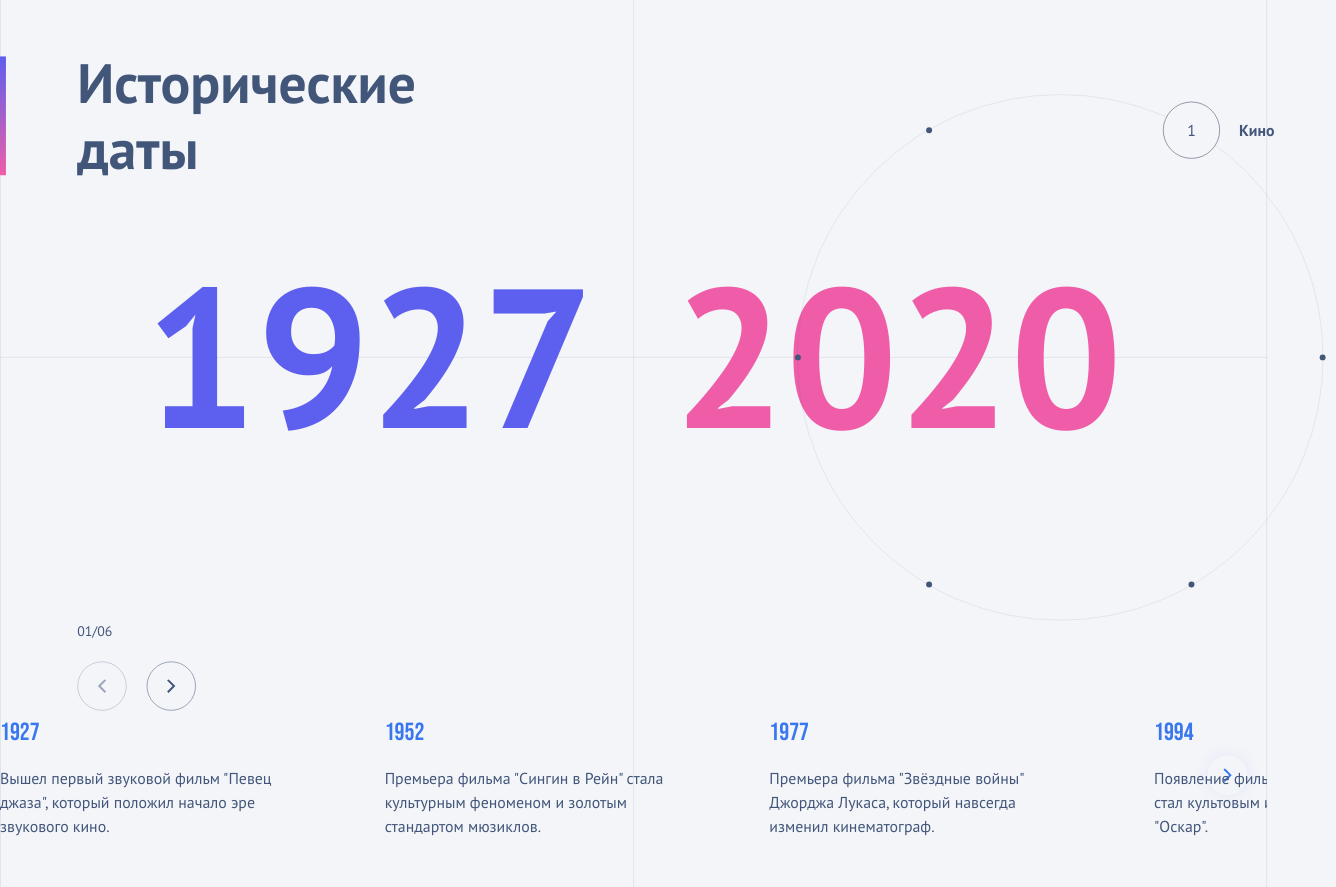
Repository: LenarTulupov/only
Page: /
The author's editor kept a copy of each file at every save. The page is drawn from the files as they stood at one save, then again after the next save.
The browser window is 1280 px wide. The page is 1349 px wide, then 1280 px, so the pictures cover 1349 px, including what lies to the right of the window. The pictures show the whole page, at 99% of full size.
The project was rebuilt for these pictures with package versions that can differ from the ones it lists, and the page was loaded fresh each time.

Above is the page before, as saved 2024-12-18 13:21:30.

### public/index.html
<!DOCTYPE html>
<html lang="en">
  <head>
    <meta charset="utf-8" />
    <link rel="icon" href="%PUBLIC_URL%/favicon.ico" />
    <meta name="viewport" content="width=device-width, initial-scale=1" />
    <meta name="theme-color" content="#000000" />
    <meta
      name="description"
      content="Web site created using create-react-app"
    />
    <link rel="apple-touch-icon" href="%PUBLIC_URL%/logo192.png" />
    <link rel="manifest" href="%PUBLIC_URL%/manifest.json" />
    <title>Only Test</title>
  </head>
  <body>
    <noscript>You need to enable JavaScript to run this app.</noscript>
    <div id="root"></div>
  </body>
</html>

### src/index.tsx
import React from 'react';
import ReactDOM from 'react-dom/client';
import Router from './router/router';
import './globals.scss'

const root = ReactDOM.createRoot(
  document.getElementById('root') as HTMLElement
);
root.render(
  <React.StrictMode>
    <Router />
  </React.StrictMode>
);

### src/router/router.tsx
import { BrowserRouter, Route, Routes } from "react-router-dom";
import HomePage from "../pages/home/page";
import PagesLayout from "../layouts/pages-layout";

export default function Router() {
  return (
    <BrowserRouter>
      <Routes>
        <Route element={<PagesLayout />}>
          <Route path="/" element={<HomePage />} />
        </Route>
      </Routes>
    </BrowserRouter>
  )
};

### src/globals.scss
@import url('https://fonts.googleapis.com/css2?family=Bebas+Neue&family=PT+Sans:wght@400;700&display=swap');

:root {
  --background-color: #F4F5F9;
  --main-color: #42567a;
  --main-color-rgba: rgba(66, 86, 122, 0.5);
  --accent-color: #5D5FEF;
  --light-accent-color: #3877EE;
  --accent-second: #EF5DA8;
  --font-main: "PT Sans", serif;
  --font-second: "Bebas Neue", serif;
  --line-height: 150%;
  --font-size-main: 56px;
  --font-size-small: 14px;
  --font-size-big: 200px;
}
body {
  margin: 0;
  padding: 0;
  background-color: var(--background-color);
  color: var(--black-color);
  font-family: var(--font-main);
  line-height: var(--line-height);
}
ul {
  padding: 0;
  margin: 0;
}

li {
  list-style-type: none;
}

a {
  color: var(--black-color);
  text-decoration: none;
}

h1 {
  margin: 0;
}

### src/pages/home/page.tsx
import Container from "../../components/ui/container/container";
import Divider from "../../components/ui/divider/divider";
import HistorySection from "./history/history";
import styles from './page.module.scss';

export default function HomePage() {
  return (
    <div className={styles['home-page']}>
      <Container>
        <div className={styles['home-page__wrapper']}>
          <Divider
            position="vertical"
            className={styles.divider_vertical}
          />
          <HistorySection />
        </div>
      </Container>
    </div>
  )
};

### src/layouts/pages-layout.tsx
import { Outlet } from 'react-router-dom';
import styles from './pages-layout.module.scss';

export default function PagesLayout() {
  return (
    <div className={styles['pages-layout']}>
      <Outlet />
    </div>
  )
};

### src/components/ui/container/container.tsx
import { ReactNode } from "react"
import styles from './container.module.scss';

interface IContainer {
  children: ReactNode;
}

export default function Container({ children }: IContainer) {
  return (
    <div className={styles.container}>
      {children}
    </div>
  )
};

### src/components/ui/divider/divider.tsx
import styles from './divider.module.scss';

interface IDivider {
  position?: 'horizontal' | 'vertical';
  className?: string;
}

export default function Divider({
  position = 'horizontal', className }: IDivider) {
  return <div className={`
    ${styles.divider}
    ${styles[`divider_${position}`]}
    ${className || ''}
  `}/>
};

### src/pages/home/history/history.tsx
import { useState } from 'react';
import Divider from '../../../components/ui/divider/divider';
import Title from '../../../components/ui/title/title';
import Circle from './circle/circle';
import Dates from './dates/dates';
import HistorySlider from './history-slider/history-slider';
import styles from './history.module.scss';
import StepNavigation from './step-navigation/step-navigation';
import { circleItems } from '../../../constants/circle-items';

export default function HistorySection() {
  const [activeButton, setActiveButton] = useState<number>(1);
  const activeCategory = circleItems.find((item) => item.id === activeButton);
  const firstDate = activeCategory?.events[0]?.year;
  const lastDate = activeCategory?.events.at(-1)?.year;

  return (
    <section className={styles.history}>
      <div className={styles.history__content}>
        <div className={styles['history__content-col-1']}>
          <Title className={styles.history__title} showBefore>
            Исторические даты
          </Title>
          <Circle
            className={styles.circle}
            activeButton={activeButton}
            setActiveButton={setActiveButton}
          />
        </div>
        <StepNavigation
          className={styles['step-navigation']}
          activeButton={activeButton}
          setActiveButton={setActiveButton}
        />
        <Divider
          position="horizontal"
          className={styles.divider_horizontal}
        />
        <Dates
          className={styles.dates}
          firstDate={firstDate}
          lastDate={lastDate}
        />
      </div>
      <HistorySlider
        activeCategory={activeCategory}
        className={styles['history-slider']}
      />
    </section>
  )
};

### src/pages/home/page.module.scss
.home-page {
  &__wrapper {
    position: relative;
    min-height: 100vh;
    .divider_vertical {
      position: absolute;
      top: 0;
      left: 50%;
      transform: translateX(-50%);
      z-index: -10;
    }
  }

  /* Линия слева */
  &__wrapper::before {
    content: "";
    position: absolute;
    top: 0;
    bottom: 0;
    left: 0;
    width: 1px;
    background-color: var(--main-color);
    opacity: 0.1;
  }

  /* Линия справа */
  &__wrapper::after {
    content: "";
    position: absolute;
    top: 0;
    bottom: 0;
    right: 0;
    width: 1px;
    background-color: var(--main-color);
    opacity: 0.1;
  }
  /* Линий по центру горизонтальная */

  /* Линий по центру вертикальная */
}

### src/components/ui/container/container.module.scss
.container {
  max-width: 1440px;
  margin: 0 auto;
}

### src/components/ui/divider/divider.module.scss
.divider {
  background-color: var(--main-color);
  opacity: 0.1;
  &_horizontal {
    width: 100%;
    height: 1px;
  }
  &_vertical {
    width: 1px;
    height: 100%;
  }
}

### src/components/ui/title/title.tsx
import { ReactNode } from 'react';
import styles from './title.module.scss';

interface ITitle {
  children: ReactNode;
  className?: string;
  color?: 'main' | 'blue' | 'light-blue' | 'pink';
  size?: 'main' | 'small'| 'big';
  showBefore?: boolean;
}

export default function Title({
  children,
  className,
  color = 'main',
  size = 'main',
  showBefore = false }: ITitle) {
  return (
    <h1
      className={`
        ${styles.title}
        ${className || ''}
        ${styles[`title__color-${color}`]}
        ${styles[`title__size-${size}`]}
        ${showBefore ? styles['title_before'] : ''}
      `}>
      {children}
    </h1>
  )
};

### src/pages/home/history/circle/circle.tsx
import { useEffect, useRef, Dispatch, SetStateAction } from 'react';
import { gsap } from 'gsap';
import { circleItems } from '../../../../constants/circle-items';
import styles from './circle.module.scss';
import Dates from '../dates/dates';

interface ICircle {
  className?: string;
  activeButton: number;
  setActiveButton: Dispatch<SetStateAction<number>>;
}

export default function Circle({
  className,
  activeButton,
  setActiveButton }: ICircle) {
  const circleRef = useRef<HTMLDivElement>(null);
  const buttonsRef = useRef<HTMLDivElement[]>([]);

  const handleActiveButton = (btnId: number) => {
    setActiveButton(btnId);
  };

  useEffect(() => {
    const rotationAngle = (1 - activeButton) * 60;
    gsap.to(circleRef.current, {
      rotate: rotationAngle,
      duration: 0.5,
      ease: 'power2.out',
    });

    buttonsRef.current.forEach((btn) => {
      let buttonRotation = 0;

      switch (activeButton) {
        case 2:
          buttonRotation = 60;
          break;
        case 3:
          buttonRotation = 120;
          break;
        case 4:
          buttonRotation = 180;
          break;
        case 5:
          buttonRotation = 240;
          break;
        case 6:
          buttonRotation = 300;
          break;
        default:
          buttonRotation = 0;
          break;
      }

      gsap.to(btn, {
        rotate: buttonRotation,
        duration: 0.5,
        ease: 'power2.out',
      });
    });
  }, [activeButton]);

  return (
    <div ref={circleRef} className={`${styles.circle} ${className || ''}`}>
      {circleItems.map((item, index) => {
        const btnId = index + 1;
        return (
          <div
            key={btnId}
            ref={(el) => (buttonsRef.current[index] = el!)}
            className={`
                ${styles[`circle__btn-${btnId}`]}
                ${styles.circle__btn}
                ${activeButton === btnId ? styles.active : ''}
              `}
            onClick={() => handleActiveButton(btnId)}
          >
            {btnId}
            <span
              className={`
                  ${styles['sub-title']}
                  ${activeButton === btnId ? styles.active : ''}
                `}
            >
              {item.category}
            </span>
          </div>
        );
      })}
    </div>
  );
}

### src/pages/home/history/dates/dates.tsx
import { useEffect, useState } from 'react';
import Title from '../../../../components/ui/title/title';
import styles from './dates.module.scss';

interface IDates {
  className?: string;
  firstDate: string;
  lastDate: string;
}

export default function Dates({ className, firstDate, lastDate }: IDates) {
  const [currentFirstDate, setCurrentFirstDate] = useState(Number(firstDate));
  const [currentLastDate, setCurrentLastDate] = useState(Number(lastDate));

  useEffect(() => {
    const animateNumber = (
      from: number,
      to: number,
      setNumber: React.Dispatch<React.SetStateAction<number>>
    ) => {
      const stepTime = 20;
      const steps = 50;
      const delta = (to - from) / steps;

      let currentStep = 0;
      const interval = setInterval(() => {
        currentStep += 1;
        const nextValue = from + delta * currentStep;
        setNumber(Math.round(nextValue));

        if (currentStep >= steps) {
          clearInterval(interval);
          setNumber(to);
        }
      }, stepTime);
    };

    animateNumber(Number(currentFirstDate), Number(firstDate), setCurrentFirstDate);
    animateNumber(Number(currentLastDate), Number(lastDate), setCurrentLastDate);
  }, [firstDate, lastDate]);
  return (
    <div className={`${styles.dates} ${className || ''}`}>
      <Title color='blue' size='big'>{currentFirstDate}</Title>
      <Title color='pink' size='big'>{currentLastDate}</Title>
    </div>
  )
};

### src/pages/home/history/history.module.scss
.history {
  padding: 50px 0;
  &__title {
    line-height: 1.2;
    width: 353px;
    padding-left: 78px;
    height: fit-content;

  }
  &__content {
    position: relative;
    // display: grid;
    // grid-template-columns: repeat(3, 1fr);
    display: flex;
    flex-direction: column;
    height: 615px;
    &-col-1 {
      display: flex;
      // flex-direction: column;
      // justify-content: space-between;
    }
  }
}
.circle {
  margin-top: 45px;
  left: 50%;
  transform: translateX(-50%);
}
.divider_horizontal {
  position: absolute;
  top: calc(50% + 3px);
  left: 0;
  transform: translateY(-50%);
  z-index: -10;
}
.step-navigation {
  padding-left: 78px;
}

### src/pages/home/history/step-navigation/step-navigation.tsx
import { Dispatch, SetStateAction } from "react";
import NavigationButtons from "./navigation-buttons/navigation-buttons";
import SliderStep from "./slider-step/slider-step";
import styles from './step-navigation.module.scss';

interface IStepNavigation {
  className?: string;
  activeButton: number;
  setActiveButton: Dispatch<SetStateAction<number>>;
}

export default function StepNavigation({
  className,
  activeButton,
  setActiveButton }: IStepNavigation) {

    const handleNext = () => {
      setActiveButton((p) => (p < 6 ? p + 1 : 1));
    };

    const handlePrev = () => {
      setActiveButton((p) => (p > 1 ? p - 1 : 6));
    };

    return (
      <div className={`${styles['step-navigation']} ${className || ''}`}>
        <SliderStep activeButton={activeButton} />
        <NavigationButtons
          handleNext={handleNext}
          handlePrev={handlePrev}
          isBeginning={activeButton === 1}
          isEnd={activeButton === 6}
        />
      </div>
    );
};

### src/components/ui/title/title.module.scss
.title {
  line-height: 150%;
  position: relative;
  &::before {
    content: "";
    position: absolute;
    top: 50%;
    transform: translateY(-50%);
    left: 0;
    height: 120px;
    width: 6px;
    background: linear-gradient(to bottom, var(--accent-color) 0%, var(--accent-second) 100%);
    visibility: hidden;
  }
  &.title_before::before {
    visibility: visible; // Показываем псевдоэлемент
  }
  &__color-main {
    color: var(--main-color);
  }

  &__color-blue {
    color: var(--accent-color);
  }
  &__color-light-blue {
    color: var(--light-accent-color);
  }

  &__color-pink {
    color: var(--accent-second);
  }

  &__size-main {
    font-size: var(--font-size-main);
  }
  &__size-small {
    font-size: var(--font-size-small);
  }

  &__size-big {
    font-size: var(--font-size-big);
  }
}

### src/pages/home/history/circle/circle.module.scss
.circle {
  position: relative;
  width: 530px;
  height: 530px;
  border: 1px solid rgba(66, 86, 122, 0.1);
  border-radius: 100%;
  display: flex;
  justify-content: center;
  align-items: center;
  transform-origin: center;
}

.circle__btn {
  position: absolute;
  display: flex;
  align-items: center;
  justify-content: center;
  width: 6px;
  height: 6px;
  border: none;
  background-color: var(--main-color);
  border-radius: 100%;
  color: var(--main-color);
  line-height: 30px;
  font-size: 0;
  cursor: pointer;
  transition: width .3s ease-in-out, height .3s ease-in-out, font-size .3s ease-in-out;

  &::before {
    content: "";
    position: absolute;
    top: 50%;
    left: 50%;
    transform: translate(-50%, -50%);
    width: 25px;
    height: 25px;
    border-radius: 100%;
    background: transparent;
  }

  .sub-title {
    position: absolute;
    top: 50%;
    left: 0;
    transform: translateY(-50%);
    margin-left: 76px;
    font-weight: bold;
    opacity: 0;
    transition: opacity 0.3s ease-in-out;
  }

  .sub-title.active {
    opacity: 1;
  }

  &:hover,
  &.active {
    width: 56px;
    height: 56px;
    font-size: 16px;
    background-color: #F4F5F9;
    outline: 1px solid rgba(48, 62, 88, 0.5);
  }

  &-1 {
    transform: rotate(300deg) translateX(265px) rotate(60deg);
  }

  &-2 {
    transform: rotate(0deg) translateX(265px) rotate(0deg);
  }

  &-3 {
    transform: rotate(60deg) translateX(265px) rotate(-60deg);
  }

  &-4 {
    transform: rotate(120deg) translateX(265px) rotate(-120deg);
  }

  &-5 {
    transform: rotate(180deg) translateX(265px) rotate(-180deg);
  }

  &-6 {
    transform: rotate(240deg) translateX(265px) rotate(-240deg);
  }
}

### src/pages/home/history/dates/dates.module.scss
.dates {
  position: absolute;
  top: 50%;
  left: 50%;
  transform: translate(-50%, -50%);
  display: flex;
  gap: 80px;
  z-index: -1;
}

### src/pages/home/history/history-slider/slider-content/slider-content.tsx
import Text from "../../../../../components/ui/text/text";
import Title from "../../../../../components/ui/title/title";
import styles from './slider-content.module.scss';

interface ISliderContent {
  year: string;
  text: string;
}

export default function SliderContent({ year, text }: ISliderContent) {
  return (
    <div className={styles['slider-content']}>
      <Title
        size="small"
        color="light-blue"
        className={styles['slider-content__title']}
      >
        {year}
      </Title>
      <Text text={text} />
    </div>
  )
};

### src/components/ui/content-container/content-container.tsx
import { ReactNode } from 'react';
import styles from './content-container.module.scss';

interface IContentContainer {
  children: ReactNode;
}

export default function ContentContainer({ children }: IContentContainer) {
  return (
    <div className={styles['content-container']}>
      {children}
    </div>
  )
};

### src/components/ui/arrow-button/arrow-button.tsx
import styles from './arrow-button.module.scss';

interface IArrowButton {
  rotation?: 'left' | 'right'
  onClick?: () => void;
  slider?: boolean;
  disabled?: boolean;
  className?: string;
}

export default function ArrowButton({
  rotation,
  onClick,
  slider = false,
  disabled = false,
  className}: IArrowButton) {
  return (
    <button
      className={`
        ${styles['arrow-button']}
        ${styles[rotation]}
        ${slider ? styles['arrow-button_slider'] : ''}
        ${className || ''}
        ${disabled ? styles.disabled : ''}
      `}
      onClick={onClick}
      disabled={disabled}
    >
      <svg width="10" height="14" viewBox="0 0 10 14" fill="none" xmlns="http://www.w3.org/2000/svg">
        <path d="M8.49988 0.750001L2.24988 7L8.49988 13.25" stroke="#42567A" stroke-width="2" />
      </svg>
    </button>
  )
};

### src/pages/home/history/history-slider/history-slider.module.scss
.history-slider {
  position: relative;
  margin-top: 56px;
}
.next {
  position: absolute;
  top: 50%;
  transform: translateY(-50%);
  right: 20px;
}
.prev {
  position: absolute;
  top: 50%;
  transform: translateY(-50%);
  left: 20px;
}

.fade-out {
  opacity: 0;
  transition: opacity 0.5s ease;
}
.fade-in {
  opacity: 1;
  transition: opacity 0.5s ease;
}

### src/pages/home/history/step-navigation/navigation-buttons/navigation-buttons.tsx
import ArrowButton from '../../../../../components/ui/arrow-button/arrow-button';
import styles from './navigation-buttons.module.scss';

interface INavigationButtons {
  handleNext: () => void;
  handlePrev: () => void;
  isBeginning: boolean;
  isEnd: boolean;
}

export default function NavigationButtons({
  handleNext,
  handlePrev,
  isBeginning,
  isEnd }: INavigationButtons) {
  return (
    <div className={styles['navigation-buttons']}>
      <ArrowButton
        onClick={handlePrev}
        disabled={isBeginning}
      />
      <ArrowButton
        rotation='right'
        onClick={handleNext}
        disabled={isEnd}
      />
    </div>
  );
};

### src/pages/home/history/step-navigation/slider-step/slider-step.tsx
import Title from "../../../../../components/ui/title/title";
import styles from './slider-step.module.scss';

interface ISliderStep {
  activeButton: number;
}

export default function SliderStep({ activeButton }: ISliderStep) {
  return <Title size="small" className={styles.font}>0{activeButton}/06</Title>
};

### src/pages/home/history/step-navigation/step-navigation.module.scss
.step-navigation {
  display: flex;
  flex-direction: column;
  row-gap: 20px;
}

### src/components/ui/text/text.tsx
import styles from './text.module.scss';

interface IText {
  text: string;
}

export default function Text({ text }: IText) {
  return (
    <div className={styles.text}>
        { text }
    </div>
  )
};

### src/pages/home/history/history-slider/slider-content/slider-content.module.scss
.slider-content {
  display: flex;
  flex-direction: column;
  row-gap: 15px;
  cursor: grabbing;
  &__title {
    font-family: var(--font-second);
    font-weight: 400;
    font-size: 25px;
  }
}

### src/components/ui/content-container/content-container.module.scss
.content-container {
  max-width: calc(1440px - 160px);
  margin: 0 auto;
}

### src/components/ui/arrow-button/arrow-button.module.scss
.arrow-button {
  width: 50px;
  height: 50px;
  display: flex;
  align-items: center;
  justify-content: center;
  border: 1px solid var(--main-color-rgba);
  background-color: transparent;
  border-radius: 100%;
  cursor: pointer;
}
.arrow-button_slider {
  width: 40px;
  height: 40px;
  border: none;
  box-shadow: 0 0 15px 0 rgba(56, 119, 238, 0.1);
  svg path {
    stroke: var(--light-accent-color);
  }
}
.left {
  transform: rotate(0deg);
}
.right {
  transform: rotate(180deg);
}
.disabled {
  opacity: .5;
  cursor: auto;
}

### src/pages/home/history/step-navigation/navigation-buttons/navigation-buttons.module.scss
.navigation-buttons {
  display: flex;
  column-gap: 20px;
}
.disabled {
  opacity: .5;
  cursor: auto;
}

### src/pages/home/history/step-navigation/slider-step/slider-step.module.scss
.font {
  font-weight: 400;
}

### src/components/ui/text/text.module.scss
.text {
  color: var(--main-color);
}

Loaded but not shown: src/constants/circle-items.ts (122 lines, source omitted); src/pages/home/history/history-slider/history-slider.tsx (119 lines, source omitted); src/layouts/pages-layout.module.scss (no stored copy; drawn as an empty file)

After the next save:
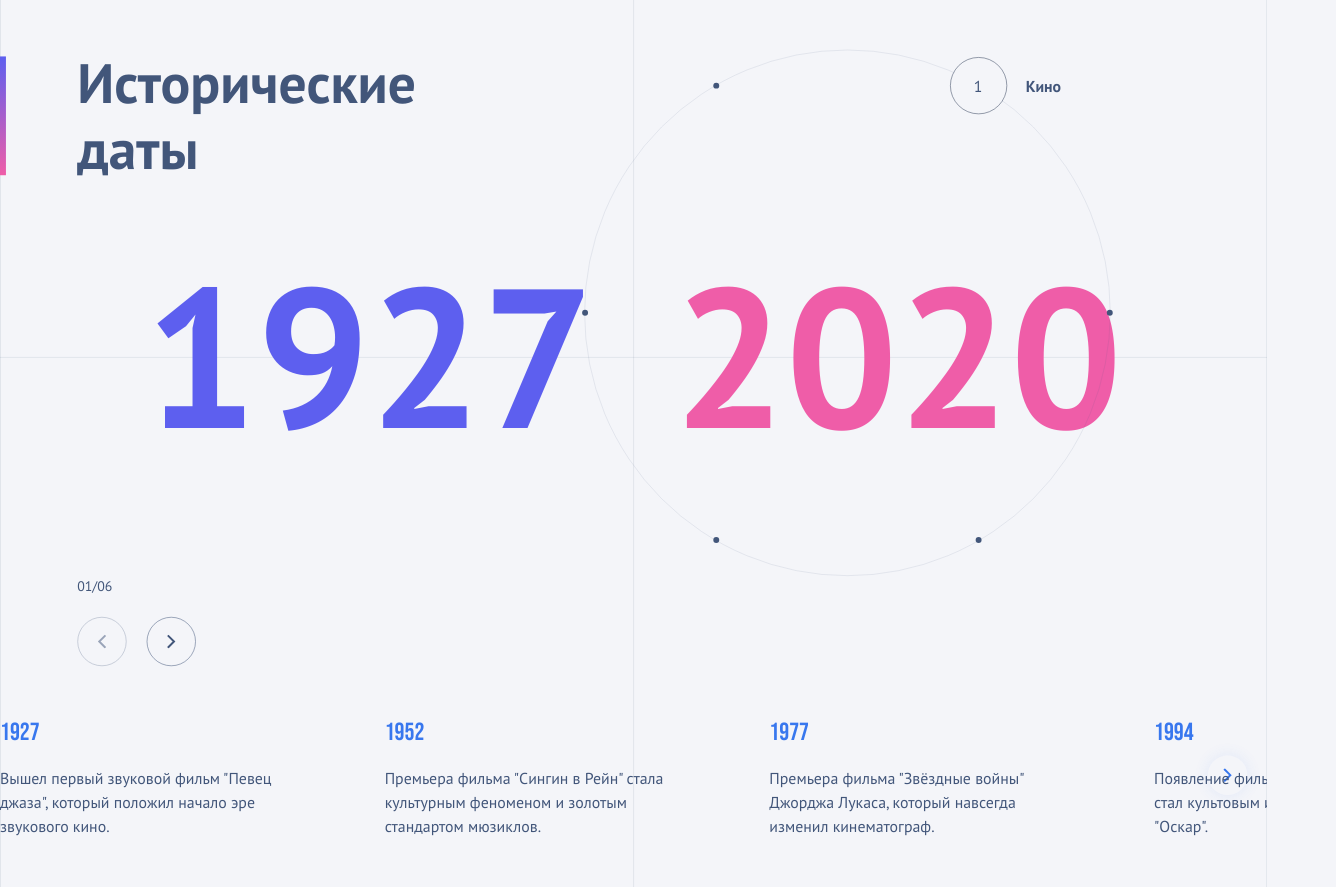
Saved 9 s later.
--- a/src/pages/home/history/history.module.scss
+++ b/src/pages/home/history/history.module.scss
@@ -23,8 +23,7 @@
 }
 .circle {
   margin-top: 45px;
-  left: 50%;
-  transform: translateX(-50%);
+  margin: 0 auto;
 }
 .divider_horizontal {
   position: absolute;
